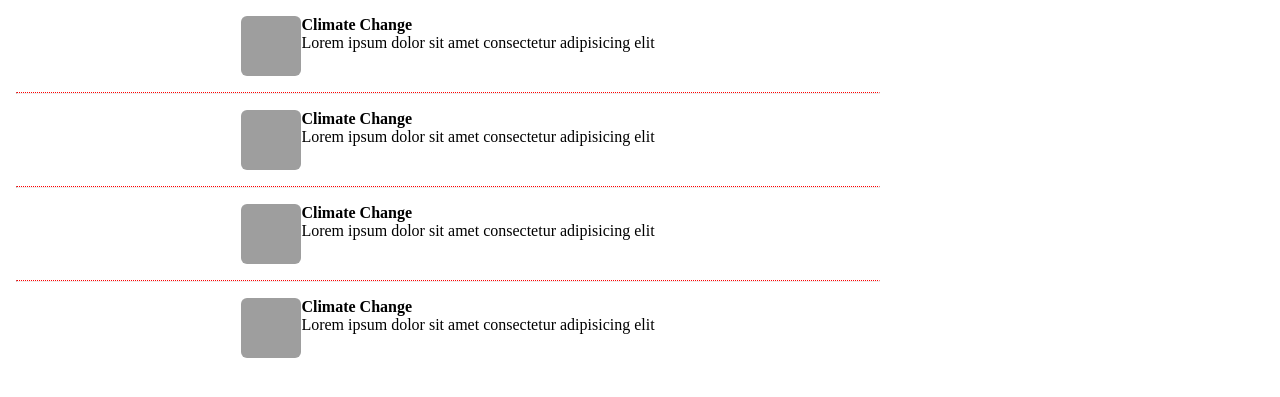
Repository: longNT0dev/C4E132
Page: SS3/index.html
These files come from the project's save history. The page is drawn as it stood at one moment and after a run of saves; the edit follows.
The browser window is 1280 px wide. The pictures show the whole page.
Pictures or frames that could not be fetched are drawn as grey boxes.

Above is the page before, as saved 2022-09-28 22:06:03.

### SS3/index.html
<!DOCTYPE html>
<html lang="en">
  <head>
    <meta charset="UTF-8" />
    <meta http-equiv="X-UA-Compatible" content="IE=edge" />
    <meta name="viewport" content="width=device-width, initial-scale=1.0" />
    <title>Document</title>
    <link rel="stylesheet" href="style.css" />
  </head>
  <body>
    <!-- <p>Đây là style theo tên thẻ 1</p>
    <p class="big-font-size">Đây là style theo tên thẻ 2</p>
    <h1 class="class-1 class-2">Đây là style theo tên thẻ</h1>
    <h1 id="id-1" class="big-font-size">Đây là style theo tên thẻ</h1> -->

    <div class="container">

      <div class="item">
        <img
          src="https://cdn.pixabay.com/photo/2015/04/23/22/00/tree-736885__480.jpg"
          alt="avatar"
        />
        <div class="content">
          <h1>Climate Change</h1>
          <p>Lorem ipsum dolor sit amet consectetur adipisicing elit</p>
        </div>
      </div>

      <hr>

      <div class="item">
        <img
          src="https://cdn.pixabay.com/photo/2015/04/23/22/00/tree-736885__480.jpg"
          alt="avatar"
        />
        <div class="content">
          <h1>Climate Change</h1>
          <p>Lorem ipsum dolor sit amet consectetur adipisicing elit</p>
        </div>
      </div>

      <hr>

      <div class="item">
        <img
          src="https://cdn.pixabay.com/photo/2015/04/23/22/00/tree-736885__480.jpg"
          alt="avatar"
        />
        <div class="content">
          <h1>Climate Change</h1>
          <p>Lorem ipsum dolor sit amet consectetur adipisicing elit</p>
        </div>
      </div>

      <hr>

      <div class="item">
        <img
          src="https://cdn.pixabay.com/photo/2015/04/23/22/00/tree-736885__480.jpg"
          alt="avatar"
        />
        <div class="content">
          <h1>Climate Change</h1>
          <p>Lorem ipsum dolor sit amet consectetur adipisicing elit</p>
        </div>
      </div>
    </div>
  </body>
</html>

### SS3/style.css
/* selector  */

/* Chọn theo tên thẻ */
/* p {
    color: red;
    background-color: black;
} */

/* Chọn theo class */
/* .class-1 {
    color: green;
    background-color: black;
}

.big-font-size {
    font-size: 50px;
}

#id-1 {
    color: blue;
    background-color: black;
} */

*{
    margin: 0;
    padding: 0;
    box-sizing: border-box;
    font-size: 16px;
}

.container {
    width: 70%;
    height: auto;
    padding: 0px 16px;
}

.container hr {
    border-top: 1px dotted red;
}

.item {
    width: 100%;
    height: 23%;
    margin: 16px 0px;
    display: flex;
    justify-content: center
}

.item img {
    width: 60px;
    height: 60px;
    border-radius: 6px;
    vertical-align: baseline;
}

.content {
    display: inline-block;
    width: auto;
    height: 100%;
}

After the next 2 saves:
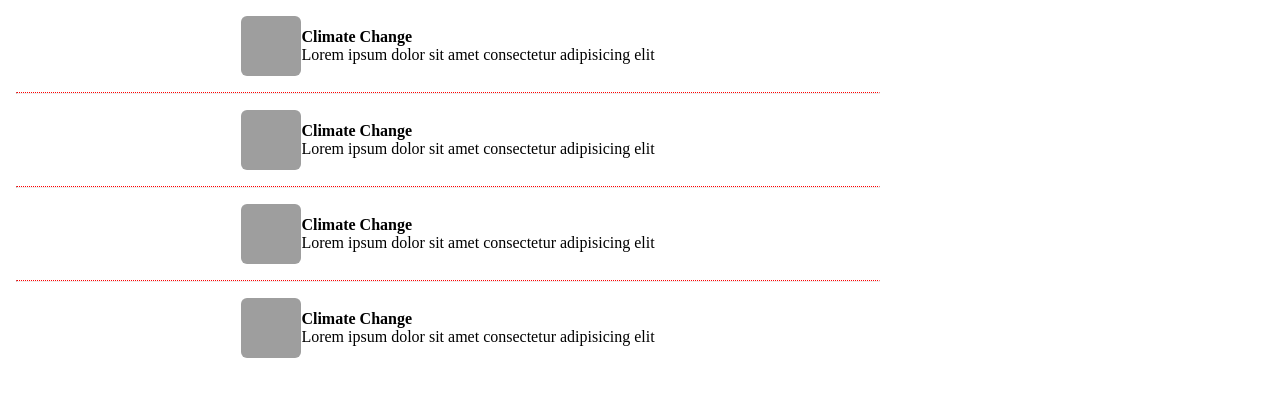
The 2 saves are shown as one change because they came seconds apart.
The last was saved 13 s later.
--- a/SS3/style.css
+++ b/SS3/style.css
@@ -43,7 +43,8 @@
     height: 23%;
     margin: 16px 0px;
     display: flex;
-    justify-content: center
+    justify-content: center;
+    align-items: center;
 }
 
 .item img {
